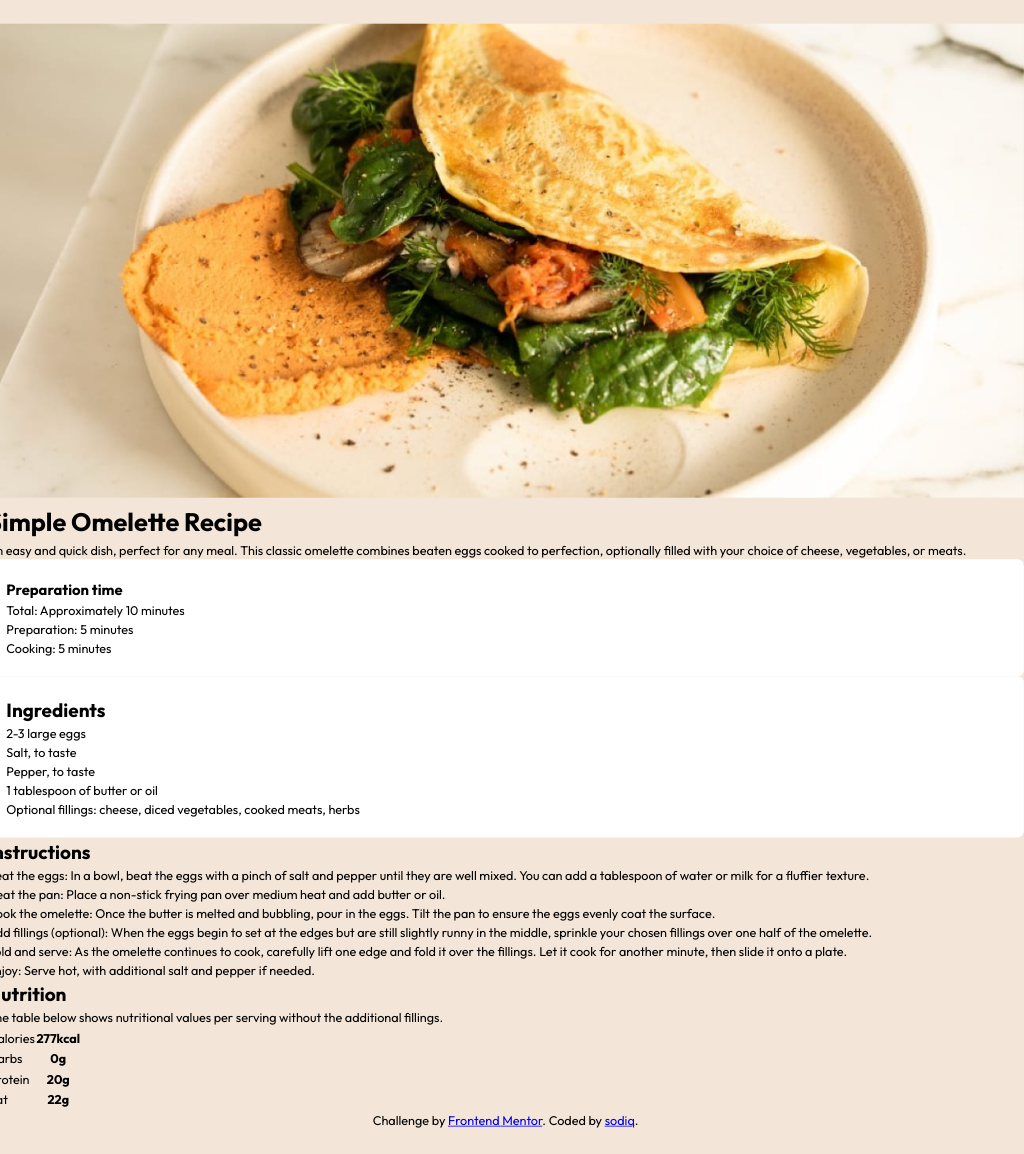
Repository: sodmaq/recipe-page-
Page: index.html
These files come from the project's save history. The page is drawn as it stood at one moment and after the next save; the edit follows.
The browser window is 1280 px wide. The page is 1296 px wide, so the pictures cover 1296 px, including what lies to the right of the window. The pictures show the whole page, at 79% of full size.

Above is the page before, as saved 2024-09-08 04:20:13.

### index.html
<!DOCTYPE html>
<html lang="en">
  <head>
    <meta charset="UTF-8" />
    <meta name="viewport" content="width=device-width, initial-scale=1.0" />
    <link rel="preconnect" href="https://fonts.googleapis.com" />
    <link rel="preconnect" href="https://fonts.gstatic.com" crossorigin />
    <link
      href="https://fonts.googleapis.com/css2?family=Outfit:wght@400;600;700&family=Young+Serif&display=swap"
      rel="stylesheet"
    />
    <link
      rel="icon"
      type="image/png"
      sizes="32x32"
      href="./assets/images/favicon-32x32.png"
    />
    <link rel="stylesheet" href="/style.css" />
    <title>Frontend Mentor | Recipe page</title>
  </head>
  <body>
    <main class="container">
      <img src="/assets/images/image-omelette.jpeg" alt="image-omelette" />
      <div class="heading-text">
        <h1 class="title">Simple Omelette Recipe</h1>
        <p class="paragraph">
          An easy and quick dish, perfect for any meal. This classic omelette
          combines beaten eggs cooked to perfection, optionally filled with your
          choice of cheese, vegetables, or meats.
        </p>
      </div>
      <div class="preparation-section">
        <h3>Preparation time</h3>
        <ul>
          <li><span>Total:</span> Approximately 10 minutes</li>
          <li><span>Preparation:</span> 5 minutes</li>
          <li><span>Cooking:</span> 5 minutes</li>
        </ul>
      </div>
      <section>
        <div class="ingredients">
          <h2>Ingredients</h2>
          <ul>
            <li>2-3 large eggs</li>
            <li>Salt, to taste</li>
            <li>Pepper, to taste</li>
            <li>1 tablespoon of butter or oil</li>
            <li>
              Optional fillings: cheese, diced vegetables, cooked meats, herbs
            </li>
          </ul>
        </div>
        <div class="instructions">
          <ol>
            <h2>Instructions</h2>
            <li>
              <span> Beat the eggs: </span> In a bowl, beat the eggs with a
              pinch of salt and pepper until they are well mixed. You can add a
              tablespoon of water or milk for a fluffier texture.
            </li>
            <li>
              <span> Heat the pan: </span>Place a non-stick frying pan over
              medium heat and add butter or oil.
            </li>
            <li>
              <span> Cook the omelette: </span> Once the butter is melted and
              bubbling, pour in the eggs. Tilt the pan to ensure the eggs evenly
              coat the surface.
            </li>
            <li>
              <span> Add fillings (optional):</span> When the eggs begin to set
              at the edges but are still slightly runny in the middle, sprinkle
              your chosen fillings over one half of the omelette.
            </li>
            <li>
              <span> Fold and serve:</span> As the omelette continues to cook,
              carefully lift one edge and fold it over the fillings. Let it cook
              for another minute, then slide it onto a plate.
            </li>
            <li>
              <span>Enjoy:</span> Serve hot, with additional salt and pepper if
              needed.
            </li>
          </ol>
        </div>
        <div class="nutrition-section">
          <h2>Nutrition</h2>
          <p>
            The table below shows nutritional values per serving without the
            additional fillings.
          </p>
          <table class="table">
            <tr>
              <td>Calories</td>
              <th>277kcal</th>
            </tr>
            <tr>
              <td>Carbs</td>
              <th>0g</th>
            </tr>
            <tr>
              <td>Protein</td>
              <th>20g</th>
            </tr>
            <tr>
              <td>Fat</td>
              <th>22g</th>
            </tr>
          </table>
        </div>
      </section>
    </main>

    <footer class="attribution">
      Challenge by
      <a href="https://www.frontendmentor.io?ref=challenge" target="_blank"
        >Frontend Mentor</a
      >. Coded by <a href="#">sodiq</a>.
    </footer>
  </body>
</html>

### style.css
* {
  margin: 0;
  padding: 0;
  box-sizing: border-box;
}

:root {
  /* Primary color */
  --Nutmeg-color: hsl(14, 45%, 36%);
  --Dark-Raspberry: hsl(332, 51%, 32%);

  /* Neutral color */
  --White-color: hsl(0, 0%, 100%);
  --Rose-White: hsl(330, 100%, 98%);
  --Eggshell-background-color: hsl(30, 54%, 90%);
  --Light-Grey: hsl(30, 18%, 87%);
  --Wenge-Brown: hsl(30, 10%, 34%);
  --Dark-Charcoal: hsl(24, 5%, 18%);
}
body {
  font-family: "Outfit", sans-serif;
  background-color: var(--Eggshell-background-color);
  padding: 1.9rem 2.5rem;
  min-height: 100vh;
  display: flex;
  justify-content: center;
  align-items: center;
  flex-direction: column;
  line-height: 1.5;
}
.preparation-section,
.ingredients {
  background-color: var(--White-color);
  padding: 1.5rem;
  border-radius: 0.5rem;
}

After the next save:
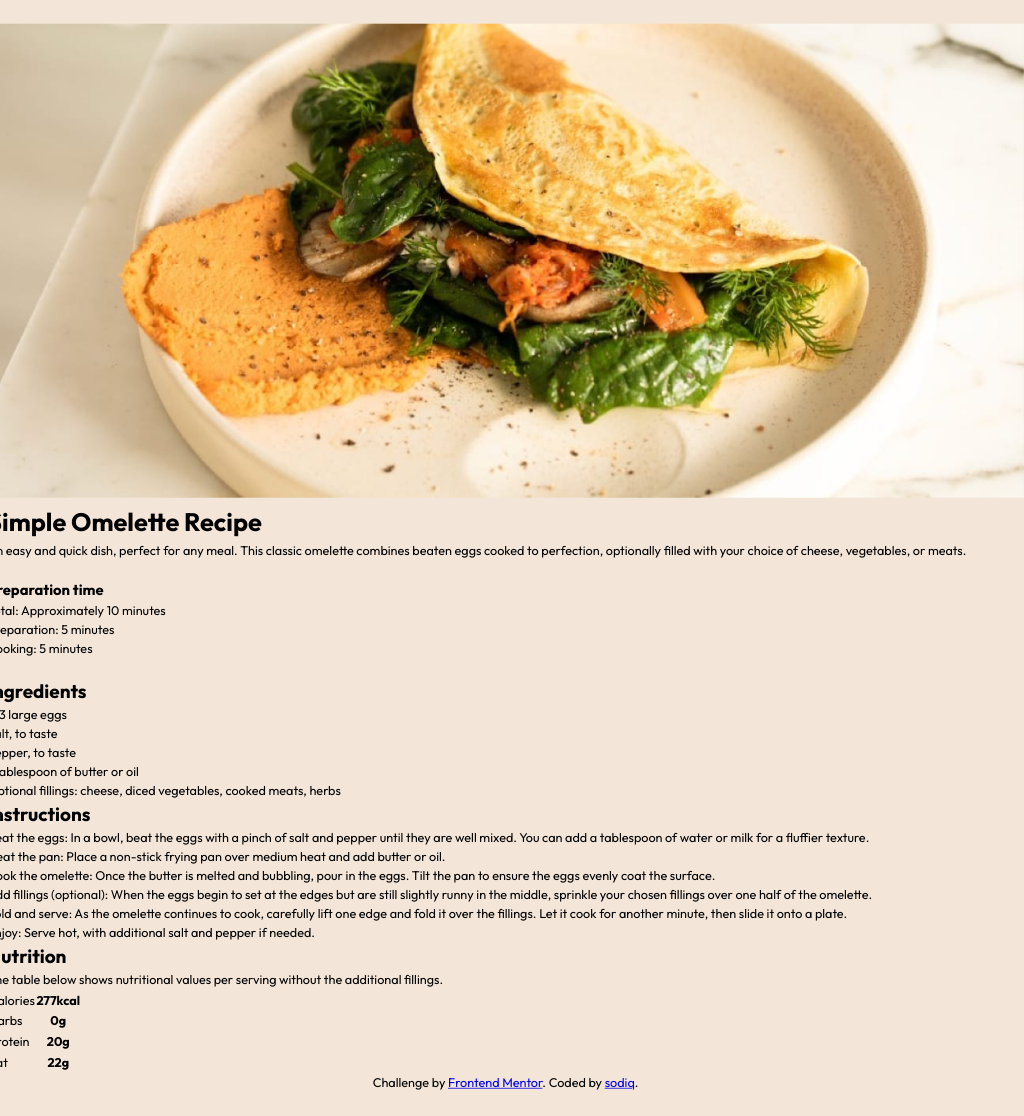
Saved 25 s later.
--- a/style.css
+++ b/style.css
@@ -30,7 +30,5 @@ body {
 }
 .preparation-section,
 .ingredients {
-  background-color: var(--White-color);
-  padding: 1.5rem;
-  border-radius: 0.5rem;
+  margin-top: 1.5rem;
 }
